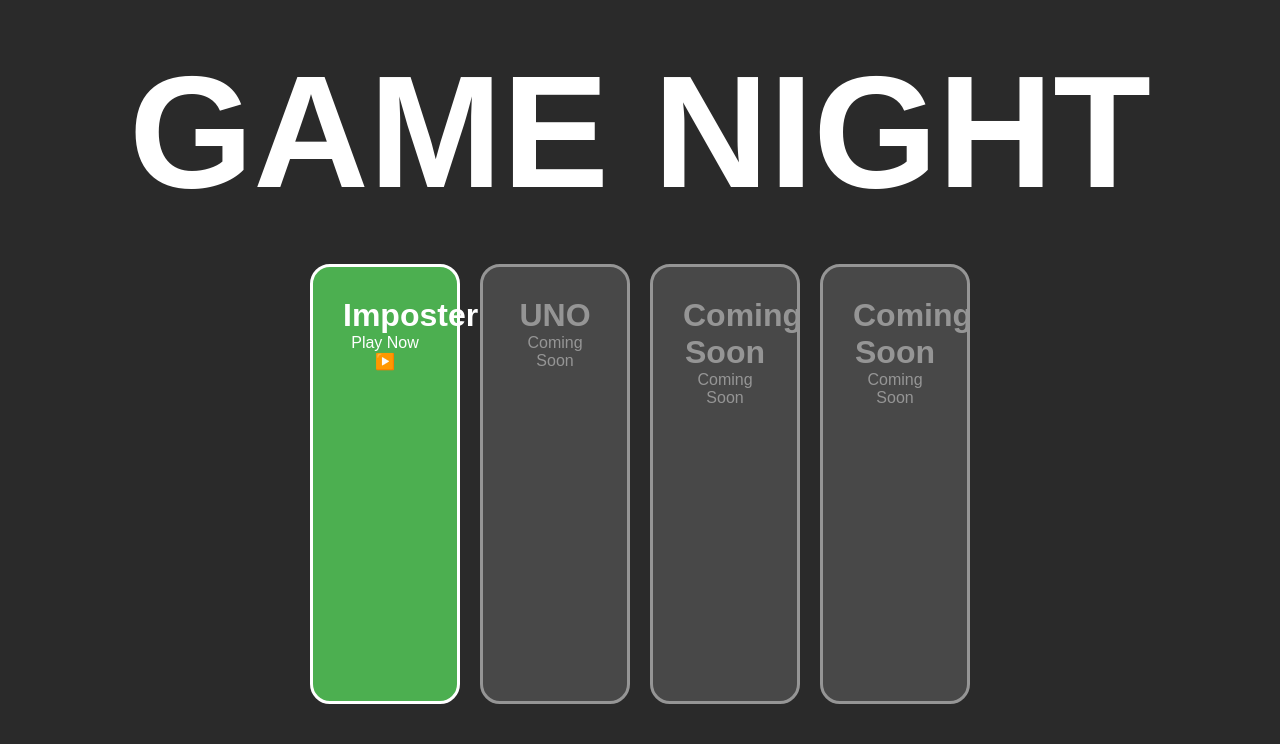
Repository: nfemmanuel/game-night-app
Page: /
These files come from the project's save history. The page is drawn as it stood at one moment and after the next save; the edit follows.
The browser window is 1280 px wide. The pictures show the whole page.
The project was rebuilt for these pictures with package versions that can differ from the ones it lists, and the page was loaded fresh each time.

Above is the page before, as saved 2025-12-31 16:32:40.

### src/App.js
import './styles/global.css';
import GameCard from './components/GameCard';

function App() {
  const handleClick = (gameName) => {
    alert(`Getting ready to play ${gameName}!`);
  };

  return (
    <div style={{ padding: '40px', textAlign: 'center' }}>
      <h1 style={{ fontSize: '10rem' }}>GAME NIGHT</h1>

      <div style={{
        display: 'flex',
        gap: '20px',
        justifyContent: 'center',
        marginTop: '40px',
        flexWrap: 'wrap'
      }}>
        <GameCard
          name="Imposter"
          available={true}
          onClick={() => handleClick("Imposter")}
        />
        <GameCard
          name="UNO"
          available={false}
          onClick={() => handleClick("UNO")}
        />
        <GameCard
          name="Coming Soon"
          available={false}
          onClick={() => { }}
        />
        <GameCard
          name="Coming Soon"
          available={false}
          onClick={() => { }}
        />
      </div>
    </div>
  );
}

export default App;

### src/styles/global.css
* {
    margin: 0;
    padding: 0;
    box-sizing: border-box;
}

body {
    font-family: 'Helvetica ', 'Arial', sans-serif;
    background-color: rgb(42, 42, 42);
    color: white;
    overflow: hidden;
}

button {
    cursor: pointer;
    border: none;
    border-radius: 5px;
    font-family: inherit;
    font-size: 1rem;
    padding: 10px 20px;
}

### src/components/GameCard.jsx
import styles from './GameCard.module.css';

function GameCard({ name, available, onClick }) {
    // Combine card + available/disabled classes
    const cardClasses = `${styles.card} ${available ? styles.available : styles.disabled}`;

    return (
        <div
            className={cardClasses}
            onClick={available ? onClick : null}
        >
            <h1>{name}</h1>
            <p>{available ? 'Play Now ▶️' : 'Coming Soon'}</p>
        </div>
    );
}

export default GameCard;

### src/components/GameCard.module.css
.card {
    width: 150px;
    height: 440px;
    padding: 30px;
    border-radius: 20px;
    border: 3px solid white;
    text-align: center;
    transition: all 0.3s ease;
}

.available {
    background-color: #4CAF50;
    color: white;
    cursor: pointer;
}

.available:hover {
    transform: scale(1.05);
    box-shadow: 0 0 20px rgba(76, 175, 80, 0.6);
}

.disabled {
    background-color: #666;
    color: white;
    cursor: not-allowed;
    opacity: 0.5;
}

Loaded but not shown: public/index.html (common file); src/index.js (common file); src/index.css (common file); src/reportWebVitals.js (common file)

After the next save:
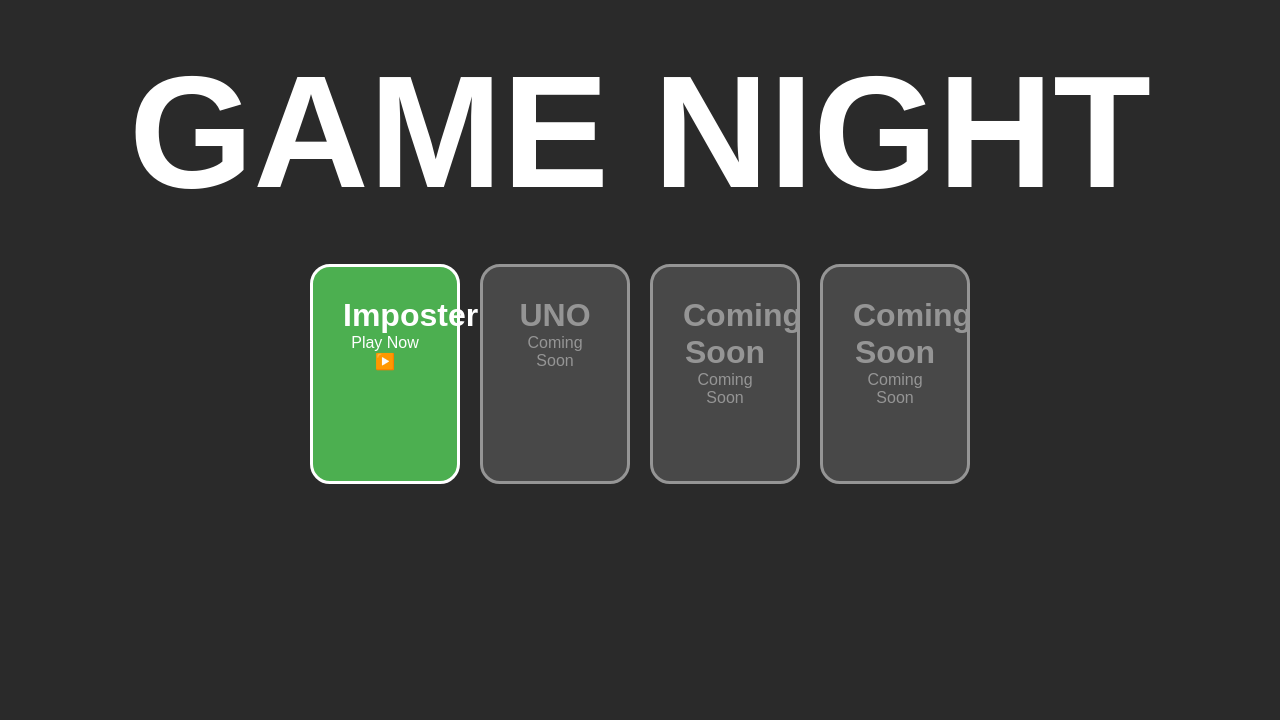
Saved 4 s later.
--- a/src/components/GameCard.module.css
+++ b/src/components/GameCard.module.css
@@ -1,6 +1,6 @@
 .card {
     width: 150px;
-    height: 440px;
+    height: 220px;
     padding: 30px;
     border-radius: 20px;
     border: 3px solid white;
